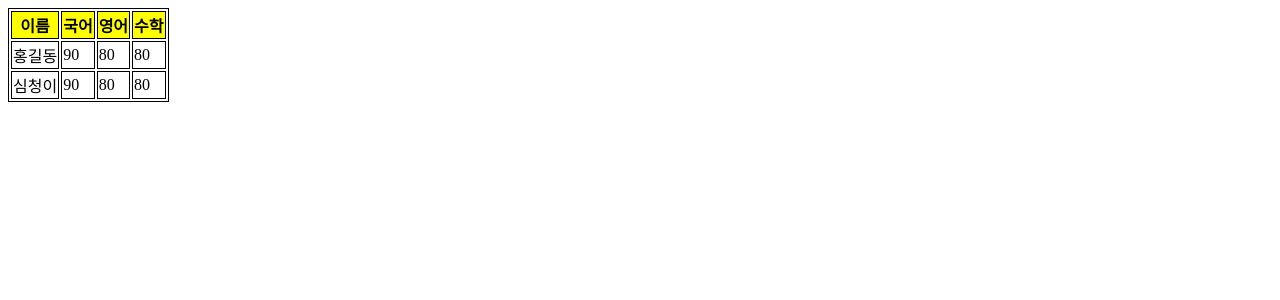
Repository: Rummikub/DBStudy
Page: HTMLProject2/WebContent/HTML/table.html
An editor plug-in stored every save of this project. The page is shown before and after the next save, followed by the edit.
The browser window is 1280 px wide. The pictures show the whole page.

Above is the page before, as saved 2020-02-04 08:23:42.

### HTMLProject2/WebContent/HTML/table.html
<!DOCTYPE html>
<!--
 	<table>
 	   <tr>
 		 <th>자바</th> ==> table header  순위, 곡정보, 듣기 ...
 		 <td>오라클</td>
 	   </tr>

 -->
<html>
<head>
<meta charset="UTF-8">
<title>Insert title here</title>
</head>
<body>
  <table border=1 bordercolor=black>
   <tr bgcolor="yellow">
   	<th>이름</th>
   	<th>국어</th>
   	<th>영어</th>
   	<th>수학</th>
   </tr>
   <tr>
   	<td>홍길동</td>
   	<td>90</td>
   	<td>80</td>
   	<td>80</td>
   </tr>
   <tr>
   	<td>심청이</td>
   	<td>90</td>
   	<td>80</td>
   	<td>80</td>
   </tr>
   </table>
</body>
</html>

After the next save:
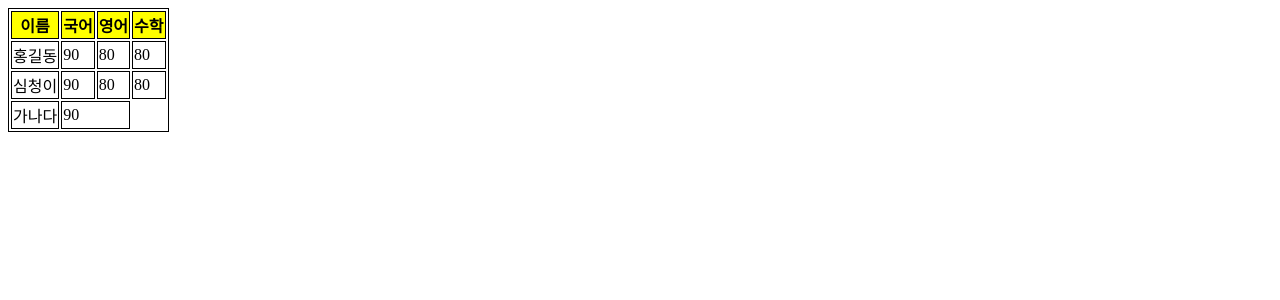
Saved 49 s later.
--- a/HTMLProject2/WebContent/HTML/table.html
+++ b/HTMLProject2/WebContent/HTML/table.html
@@ -32,6 +32,11 @@
    	<td>80</td>
    	<td>80</td>
    </tr>
+   <tr>
+   	<td>가나다</td>
+   	<td colspan="2">90</td>
+
+   </tr>
    </table>
 </body>
 </html>
